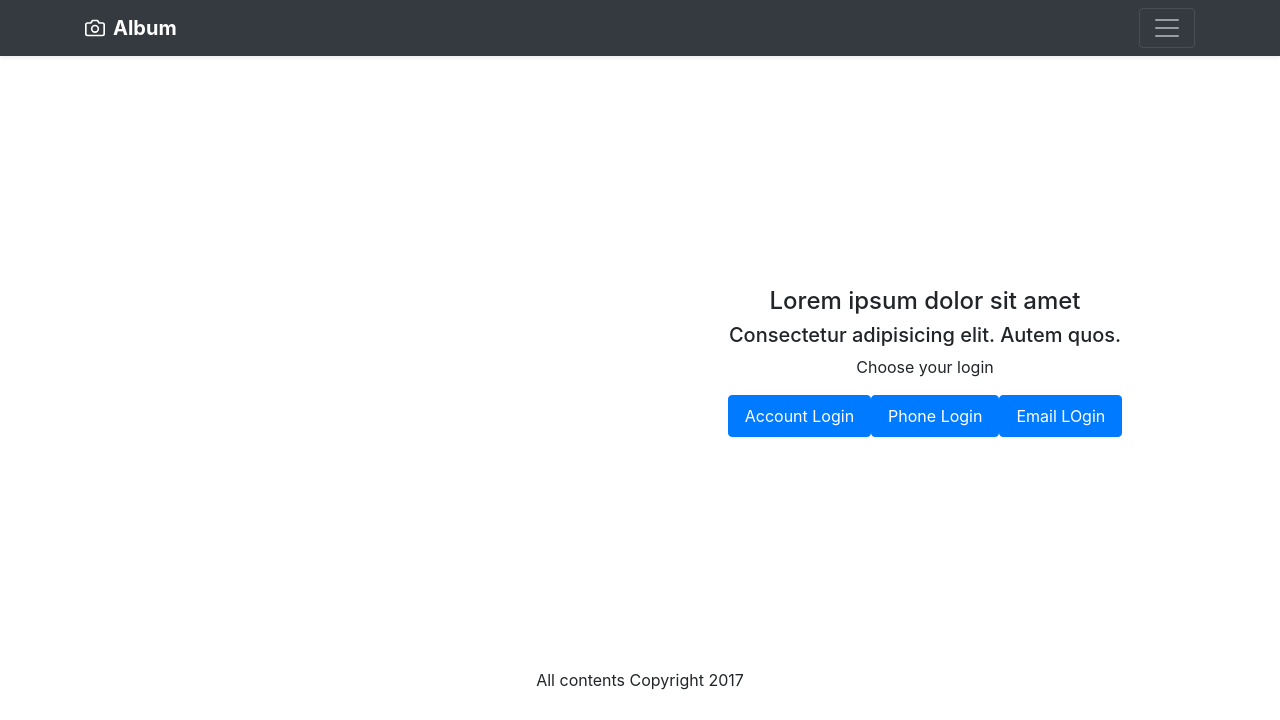
Repository: bijoysen/angular7-landing-login
Page: /
An editor plug-in stored every save of this project. The page is shown before and after the next save, followed by the edit.
The browser window is 1280 px wide. The pictures show the whole page.
The project was rebuilt for these pictures with package versions that can differ from the ones it lists, and the page was loaded fresh each time. Also part of the build but not shown: angular.json, src/app/pre/login-one/login-one.component.ts, src/app/pre/login-two/login-two.component.ts, src/app/pre/login-three/login-three.component.ts.

Above is the page before, as saved 2018-12-17 18:41:30.

### src/index.html
<!doctype html>
<html lang="en">
<head>
  <meta charset="utf-8">
  <title>Angular7LandingLogin</title>
  <base href="/">

  <meta name="viewport" content="width=device-width, initial-scale=1">
  <link rel="icon" type="image/x-icon" href="favicon.ico">
</head>
<body>
  <app-root></app-root>
</body>
</html>

### src/app/app.module.ts
import { BrowserModule } from '@angular/platform-browser';
import { NgModule } from '@angular/core';

import { AppRoutingModule } from './app-routing.module';
import { AppComponent } from './app.component';
import { HeaderComponent } from './shared/header/header.component';
import { FooterComponent } from './shared/footer/footer.component';
import { LandingComponent } from './pre/landing/landing.component';
import { LoginOneComponent } from './pre/login-one/login-one.component';
import { LoginTwoComponent } from './pre/login-two/login-two.component';
import { LoginThreeComponent } from './pre/login-three/login-three.component';

@NgModule({
  declarations: [
    AppComponent,
    HeaderComponent,
    FooterComponent,
    LandingComponent,
    LoginOneComponent,
    LoginTwoComponent,
    LoginThreeComponent
  ],
  imports: [
    BrowserModule,
    AppRoutingModule
  ],
  providers: [],
  bootstrap: [AppComponent]
})
export class AppModule { }

### src/app/app.component.ts
import { Component } from '@angular/core';

@Component({
  selector: 'app-root',
  templateUrl: './app.component.html',
  styleUrls: ['./app.component.scss']
})
export class AppComponent {
  title = 'angular7-landing-login';
}

### src/app/app.component.html
<app-header></app-header>
<router-outlet></router-outlet>
<app-landing></app-landing>

<app-footer></app-footer>

### src/app/shared/header/header.component.html
<header>
	<div class="collapse bg-dark" id="navbarHeader">
		<div class="container">
			<div class="row">
				<div class="col-sm-8 col-md-7 py-4">
					<h4 class="text-white">About</h4>
					<p class="text-muted">Add some information about the album below, the author, or any other background context. Make it a few sentences long so folks can pick up some informative tidbits. Then, link them off to some social networking sites or contact information.</p>
				</div>
				<div class="col-sm-4 offset-md-1 py-4">
					<h4 class="text-white">Contact</h4>
					<ul class="list-unstyled">
						<li><a href="#" class="text-white">Follow on Twitter</a></li>
						<li><a href="#" class="text-white">Like on Facebook</a></li>
						<li><a href="#" class="text-white">Email me</a></li>
					</ul>
				</div>
			</div>
		</div>
	</div>
	<div class="navbar navbar-dark bg-dark shadow-sm">
		<div class="container d-flex justify-content-between">
			<a href="#" class="navbar-brand d-flex align-items-center">
				<svg xmlns="http://www.w3.org/2000/svg" width="20" height="20" viewBox="0 0 24 24" fill="none" stroke="currentColor" stroke-width="2" stroke-linecap="round" stroke-linejoin="round" class="mr-2"><path d="M23 19a2 2 0 0 1-2 2H3a2 2 0 0 1-2-2V8a2 2 0 0 1 2-2h4l2-3h6l2 3h4a2 2 0 0 1 2 2z"></path><circle cx="12" cy="13" r="4"></circle></svg>
				<strong>Album</strong>
			</a>
			<button class="navbar-toggler" type="button" data-toggle="collapse" data-target="#navbarHeader" aria-controls="navbarHeader" aria-expanded="false" aria-label="Toggle navigation">
			<span class="navbar-toggler-icon"></span>
			</button>
		</div>
	</div>
</header>

### src/app/shared/footer/footer.component.html
<footer class="pageFooter text-center">
  <p>All contents Copyright 2017</p>
</footer>

### src/app/pre/landing/landing.component.html
<section class="pageContent">
	<div class="container">
		<div class="row align-items-center">
			<div class="col-md-6"></div>
			<div class="col-md-6">
				<div class="accountsArea text-center">
					<h4>Lorem ipsum dolor sit amet</h4>
					<h5>Consectetur adipisicing elit. Autem quos.</h5>
					<p>Choose your login</p>
					<ul class="nav justify-content-center">
						<li class="nav-item"><a href="#" class="nav-link btn btn-primary">Account Login</a></li>
						<li class="nav-item"><a href="#" class="nav-link btn btn-primary">Phone Login</a></li>
						<li class="nav-item"><a href="#" class="nav-link btn btn-primary">Email LOgin</a></li>
					</ul>
				</div>
			</div>
		</div>
	</div>
</section>

### src/app/pre/landing/landing.component.scss
.pageContent {
    > .container > .row {
        height: 85vh;
    }
}

Loaded but not shown: src/styles.scss (common file); src/main.ts (common file); src/environments/environment.ts (common file); src/app/app-routing.module.ts (common file); src/app/shared/header/header.component.ts (common file); src/app/shared/footer/footer.component.ts (common file); src/app/pre/landing/landing.component.ts (common file); src/app/shared/header/header.component.scss (no stored copy; drawn as an empty file); src/app/app.component.scss (no stored copy; drawn as an empty file); src/app/shared/footer/footer.component.scss (no stored copy; drawn as an empty file)

After the next save:
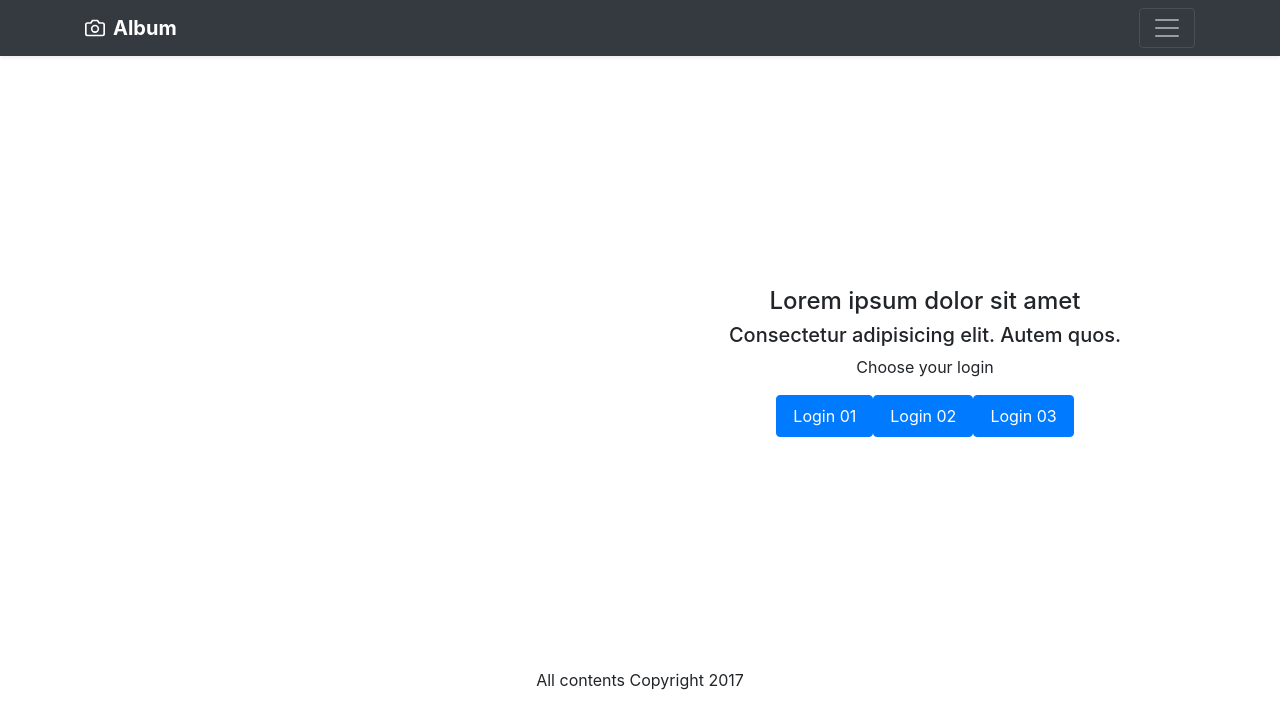
Saved 80 s later.
--- a/src/app/pre/landing/landing.component.html
+++ b/src/app/pre/landing/landing.component.html
@@ -8,9 +8,9 @@
 					<h5>Consectetur adipisicing elit. Autem quos.</h5>
 					<p>Choose your login</p>
 					<ul class="nav justify-content-center">
-						<li class="nav-item"><a href="#" class="nav-link btn btn-primary">Account Login</a></li>
-						<li class="nav-item"><a href="#" class="nav-link btn btn-primary">Phone Login</a></li>
-						<li class="nav-item"><a href="#" class="nav-link btn btn-primary">Email LOgin</a></li>
+						<li class="nav-item"><a href="#" class="nav-link btn btn-primary">Login 01</a></li>
+						<li class="nav-item"><a href="#" class="nav-link btn btn-primary">Login 02</a></li>
+						<li class="nav-item"><a href="#" class="nav-link btn btn-primary">Login 03</a></li>
 					</ul>
 				</div>
 			</div>
